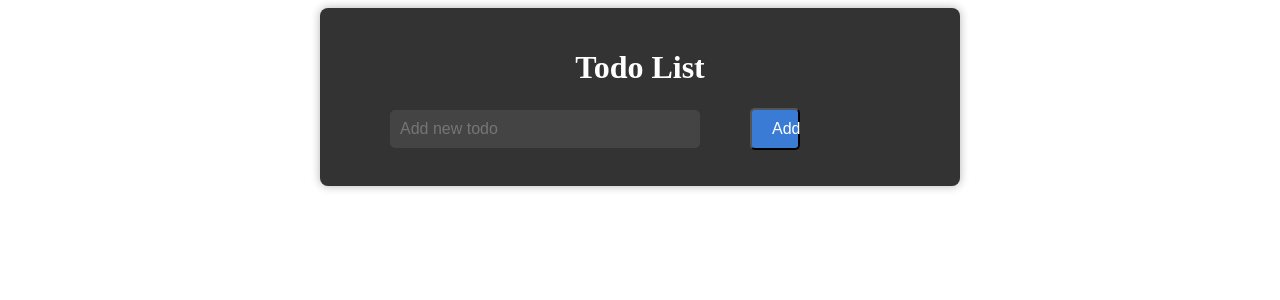
Repository: Tobby004/Todo-assignment
Page: / (app in todo-list-app/)
These files come from the project's save history. The page is drawn as it stood at one moment and after the next save; the edit follows.
The browser window is 1280 px wide. The pictures show the whole page.
The project was rebuilt for these pictures with package versions that can differ from the ones it lists, and the page was loaded fresh each time. Also part of the build but not shown: todo-list-app/vue.config.js.

Above is the page before, as saved 2023-12-06 16:58:07.

### todo-list-app/src/App.vue
<template>
  <div id="app">
    <h1>Todo List</h1>
    <div class="input-container">
      <input v-model="newTodo" @keyup.enter="addTodo" placeholder="Add new todo" class="input-field">
      <button @click="addTodo" class="add-button">Add</button>
    </div>
    <ul>
      <li v-for="(todo, index) in todos" :key="index" class="todo-item">
        <span>{{ todo }}</span>
        <button @click="editTodo(index)" class="edit-button">Edit</button>
        <button @click="deleteTodo(index)" class="delete-button">Delete</button>
      </li>
    </ul>
  </div>
</template>



<script>
export default {
  data() {
    return {
      todos: [],
      newTodo: '',
      editedTodoIndex: null,
    };
  },
  methods: {
    addTodo() {
      if (this.newTodo.trim() !== '') {
        if (this.editedTodoIndex !== null) {
          this.todos[this.editedTodoIndex] = this.newTodo;
          this.newTodo = '';
          this.editedTodoIndex = null;
        } else {
          this.todos.push(this.newTodo);
          this.newTodo = '';
        }
      }
    },
    editTodo(index) {
      this.newTodo = this.todos[index];
      this.editedTodoIndex = index;
    },
    deleteTodo(index) {
      this.todos.splice(index, 1);
    },
  },
};
</script>

<style scoped>
body {
  margin: 0;
  font-family: Arial, sans-serif;
  background-color: #222;
  color: #eee;
}
h1 {
  color: #fff;
}

#app {
  max-width: 600px;
  margin: 0 auto;
  padding: 20px;
  background-color: #333;
  border-radius: 8px;
  box-shadow: 0 0 10px rgba(0, 0, 0, 0.3);
}

h1 {
  text-align: center;
}

.input-container {
  display: flex;
  align-items: center;
  margin-bottom: 10px;
}

.input-field {
  width: 290px;
  padding: 10px;
  border: none;
  border-radius: 5px;
  font-size: 16px;
  background-color: #444;
  color: #eee;
  margin-left: auto;
  margin-right: auto;
}

.add-button {
  padding: 10px 20px;
  margin-right: 140px;
  border-radius: 5px;
  cursor: pointer;
  font-size: 16px;
  background-color: #3a7bd5;
  color: #fff;
  width: 50px;
  transition: background-color 0.3s ease;
}

.add-button:hover {
  background-color: #2e5aa3;
}
.todo-item {
  display: flex;
  align-items: center;
  justify-content: space-between;
  padding: 10px;
  margin-bottom: 8px;
  background-color: #555;
  border-radius: 5px;
  color: white;
  transition: background-color 0.3s ease;
}

.todo-item:hover {
  background-color: #666;
}

.edit-button,
.delete-button {
  padding: 5px 10px;
  border: none;
  border-radius: 3px;
  cursor: pointer;
  transition: background-color 0.3s ease;
}

.edit-button:hover {
  background-color: #3a7bd5;
}

.delete-button:hover {
  background-color: #d9534f;
}
</style>

Loaded but not shown: todo-list-app/public/index.html (common file); todo-list-app/src/main.js (common file)

After the next save:
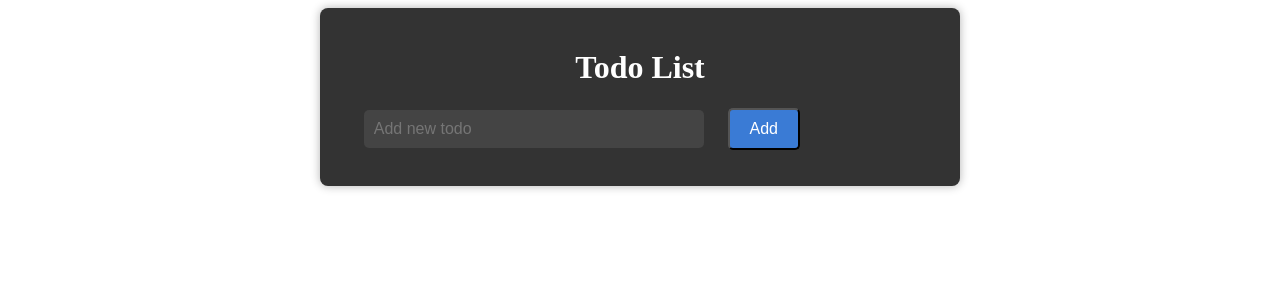
Saved 18 s later.
--- a/todo-list-app/src/App.vue
+++ b/todo-list-app/src/App.vue
@@ -81,7 +81,7 @@ h1 {
 }
 
 .input-field {
-  width: 290px;
+  width: 320px;
   padding: 10px;
   border: none;
   border-radius: 5px;
@@ -100,7 +100,6 @@ h1 {
   font-size: 16px;
   background-color: #3a7bd5;
   color: #fff;
-  width: 50px;
   transition: background-color 0.3s ease;
 }
 
